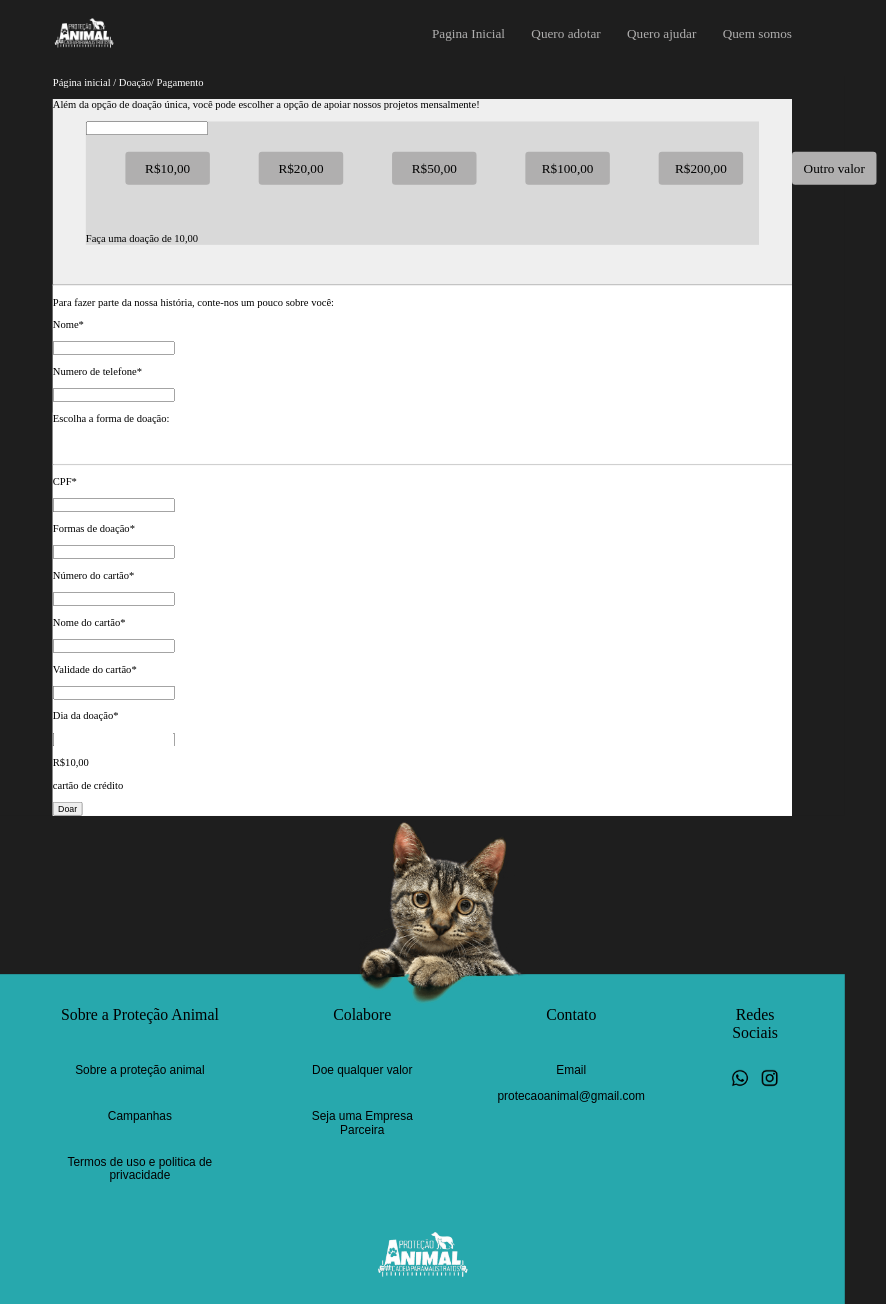
Repository: edjunior-nascimento/protecao-animal-web
Page: src/pages/formulario-doacao/index.html
The author's editor kept a copy of each file at every save. The page is drawn from the files as they stood at one save, then again after a run of saves.
The browser window is 1280 px wide. The page is 1342 px wide, so the pictures cover 1342 px, including what lies to the right of the window. The pictures show the whole page, at 66% of full size.

Above is the page before, as saved 2025-03-06 03:33:00.

### src/pages/formulario-doacao/index.html
<!DOCTYPE html>
<html lang="pt">

<head>
    <meta charset="UTF-8">
    <meta name="viewport" content="width=device-width, initial-scale=1.0">
    <title>Proteção Animal</title>
    <link rel="preconnect" href="https://fonts.googleapis.com" />
    <link rel="preconnect" href="https://fonts.gstatic.com" crossorigin />
    <meta name="viewport" content="width=device-width, initial-scale=1.0" />
    <link rel="stylesheet" href="./style.css" />
    <link>
</head>

<body>
    <header>
        <div><img class="logo" src="/src/pages/images/logo.png" alt="logo Protecao animal" /></div>
        <nav>
            <ul>
                <li>
                    <a href="#">
                        <p>Pagina Inicial</p>
                    </a>
                </li>
                <li>
                    <a href="#">
                        <p>Quero adotar</p>
                    </a>
                </li>
                <li>
                    <a href="#">
                        <p>Quero ajudar</p>
                    </a>
                </li>
                <li>
                    <a href="#">
                        <p>Quem somos</p>
                    </a>
                </li>
            </ul>
        </nav>
    </header>
    <main>
        <div class="title">
            <p>Página inicial / Doação/ Pagamento</p>
        </div>
        <div class="container">
            <div class="sub-title">
                <p>Além da opção de doação única, você pode escolher a opção de apoiar nossos projetos mensalmente!
                </p>
            </div>
            <div class="valor">
                <div class="cota">
                    <input type="text">
                </div>
                <nav class="cota-inicial">
                    <ul>
                        <li>
                            <a href="#">R$10,00</a></a>
                        </li>
                        <li>
                            <a href="#">R$20,00</a>
                        </li>
                        <li>
                            <a href="#">R$50,00</a>
                        </li>
                        <li>
                            <a href="#">R$100,00</a>
                        </li>
                        <li>
                            <a href="#">R$200,00</a>
                        </li>
                        <li>
                            <a href="#">Outro valor</a>
                        </li>
                    </ul>
                </nav>
                <div class="res"><span>Faça uma doação de 10,00</span>
                </div>
            </div>

            <div class="card">
                <hr class="pri-line">
                <div class="sub-title">
                    <p>Para fazer parte da nossa história, conte-nos um pouco sobre você:</p>
                </div>
                <div class="dados">
                    <form action="/send" method="post" target="_blank">
                        <label>
                            <p>Nome<span class="ast">*</span></p>
                            <input type="text" name="Nome" id="Nome*">
                        </label>
                        <label>
                            <p>Numero de telefone<span class="ast">*</span></p>
                            <input type="text" name="telefone" id="telefone">
                        </label>
                    </form>
                </div>
                <div class="card">
                    <div class="sub-title">
                        <p>Escolha a forma de doação:</p>
                    </div>
                    <hr>
                    <form action="/send" method="post" target="_blank">
                        <label>
                            <p>CPF<span>*</span></p>
                            <input type="number" name="cpf" id="cpf">
                        </label>
                        <label>
                            <p>Formas de doação<span>*</span></p>
                            <input type="text" name="forme-doacao" id="forme-doacao"></p>
                        </label>
                        <label>
                            <p>Número do cartão<span>*</span></p>
                            <input type="number" name="cartao" id="cartao">
                        </label>
                        <label>
                            <p>Nome do cartão<span>*</span></p>
                            <input type="text" name="nome-cartao" id="nome-cartao">
                        </label>
                        <label>
                            <p>Validade do cartão<span>*</span></p>
                            <input type="text" name="" id="">
                        </label>
                        <label>
                            <p>Dia da doação<span>*</span></p>
                            <input type="number" name="data" id="data">
                        </label>
                    </form>
                    <div class="resultado">
                        <div class="retorno">
                            <div class="res/doacao">
                                <p>R$10,00</p>
                            </div>
                            <div class="forma/pagamento">
                                <p>cartão de crédito</p>
                            </div>
                        </div>
                        <button>Doar</button>
                    </div>
                </div>
            </div>
        </div>
    </main>
    <div class="gato"><img src="/src/pages/images/gato.png" alt=""></div>
    <footer>
        <div class="footer-container">
            <div class="footer-primary">
                <div class="footer-section-1">
                    <div>
                        <h4>Sobre a Proteção Animal</h4>
                    </div>
                    <div>
                        <p><a href="">Sobre a proteção animal</a></p>
                    </div>
                    <div>
                        <p><a href="">Campanhas</a></p>
                    </div>
                    <div>
                        <p><a href="">Termos de uso e politica de privacidade</a></p>
                    </div>
                </div>
                <div class="footer-section-2">
                    <div>
                        <h4>Colabore</h4>
                    </div>
                    <div>
                        <p><a href="">Doe qualquer valor</a></p>
                    </div>
                    <div>
                        <p><a href="">Seja uma Empresa Parceira</a></p>
                    </div>
                </div>
                <div class="footer-section-3">
                    <div>
                        <h4>Contato</h4>
                    </div>
                    <div>
                        <p>Email</p>
                        <p><a href="mailto:protecaoanimal@gmail.com">protecaoanimal@gmail.com</a></p>
                    </div>
                </div>
                <div class="footer-section-4">
                    <div>
                        <h4>Redes Sociais</h4>
                    </div>
                    <div class="social-icons">
                        <div>
                            <a href=""><img src="/src/pages/images/whatsAppIcon.png" alt="" /></a>
                        </div>
                        <div>
                            <a href=""><img src="/src/pages/images/instagramIcon.png" alt="" /></a>
                        </div>
                    </div>
                </div>
            </div>
        </div>
        <div class="footer-secondary">
            <img src="/src/pages/images/logo.png" alt="" />
        </div>
    </footer>
</body>

</html>

### src/pages/formulario-doacao/style.css
:root {
    --main-bg-color: #1e1e1e;
    --title-color: #27a8ad;
    --subtitle-color: #ffffff;
    --box-color: #ffffff;
    --link-nav-color: #ffffff;
    --card-title-color: #27a8ad;
    --footer-background: #27a8ad;
    --footer-font-color: #000000;
    --maim-color: #EFEFEF;
    --card-nav-color:#D9D9D9;
    --nav-valor:#B0AFAF;
  }
  body {
    height: max-content;
    font-family: "Jockey One", serif;
    font-style: normal;
    margin: 0px;
    padding: 0px;
    background-color: var(--main-bg-color);
  }

  a {
    text-decoration: none;
  }

  header {
    height: 100px;
    display: flex;
    flex-direction: row;
    justify-content: space-between;
    padding-inline: 80px
  }
  header div {
    display: flex;
    align-items: center;
  }
  .logo {
    height: 95px;
    width: auto;
  }
  nav {
    width: auto;
    height: 100px;
    display: flex;
    align-items: center;
  }
  nav ul {
    list-style-type: none;
    display: flex;
    gap: 40px;
  }
  nav ul li a {
    color: var(--nav-valor);
    font-size: 20px;
    background-color: var(--card-nav-color);
  }


main {
  background-color:var(--main-bg-color) ;
  padding-left: 80px;
  padding-right: 80px;
}
.cota-inicial a {
  color: var(--footer-font-color);
  width: 128px;
  height: 50px;
  display: inline-block;
  text-align: center;
  line-height: 50px;
  background-color: var(--nav-valor);
  margin-left: 20px;
  border-radius: 5px;
}
.cota-inicial li {
  height: 50px;
  width: 162px;
}
.cota-inicial li :hover {
  background-color: var(--footer-background);
  color: var(--box-color);
}
.res {
  margin-top: 48px;
}
  .card hr {
    margin-top: 60px;
  }
.container {
  background-color: var(--maim-color);
}
.title {
  color: var(--subtitle-color);
}
.valor {
  margin-left: 50px;
  margin-right: 50px;
  background-color: var(--card-nav-color);
}
.valor nav {
  width: 100%;
}
.card {
  background-color: var(--box-color);
}




  .gato {
    margin-left: 42%;
    margin-bottom: -25px;
    height: 265px;
    max-width: auto;}

  footer {
    height: 500px;
    max-height: auto;
    background-color: var(--footer-background);
    padding-inline: 80px;
  }

  .footer-container {
      width: auto;
      height: 70%;
      display: flex;
      align-items: center;
      justify-content: center;
  }

  .footer-primary {
    display: flex;
    flex-direction: row;
    gap: 111px;
    align-items: flex-start;
    justify-content: center;
  }

  .footer-primary p a {
      color: var(--footer-font-color);
      font-family: "Arial", sans-serif;
  }

  .footer-primary h4 {
    font-size: 24px;
    font-weight: 400;
  }

  .footer-primary p {
      font-size: 18px;
      font-weight: 400;
      font-family: "Arial", sans-serif;
  }

  .footer-secondary {
    width: auto;
    height: 30%;
    display: flex;
    align-items: center;
    justify-content: center;
  }

  .footer-secondary img {
      height: 145px;
      width: auto
  }

  .footer-section-1, .footer-section-2, .footer-section-3, .footer-section-4 {
      display: flex;
      flex-direction: column;
      text-align: center;
      gap: 12px;
  }

  .footer-section-4 {
      align-items: center;
  }

  .social-icons {
      display: flex;
      flex-direction: row;
      gap: 20px;
  }

After the next 2 saves:
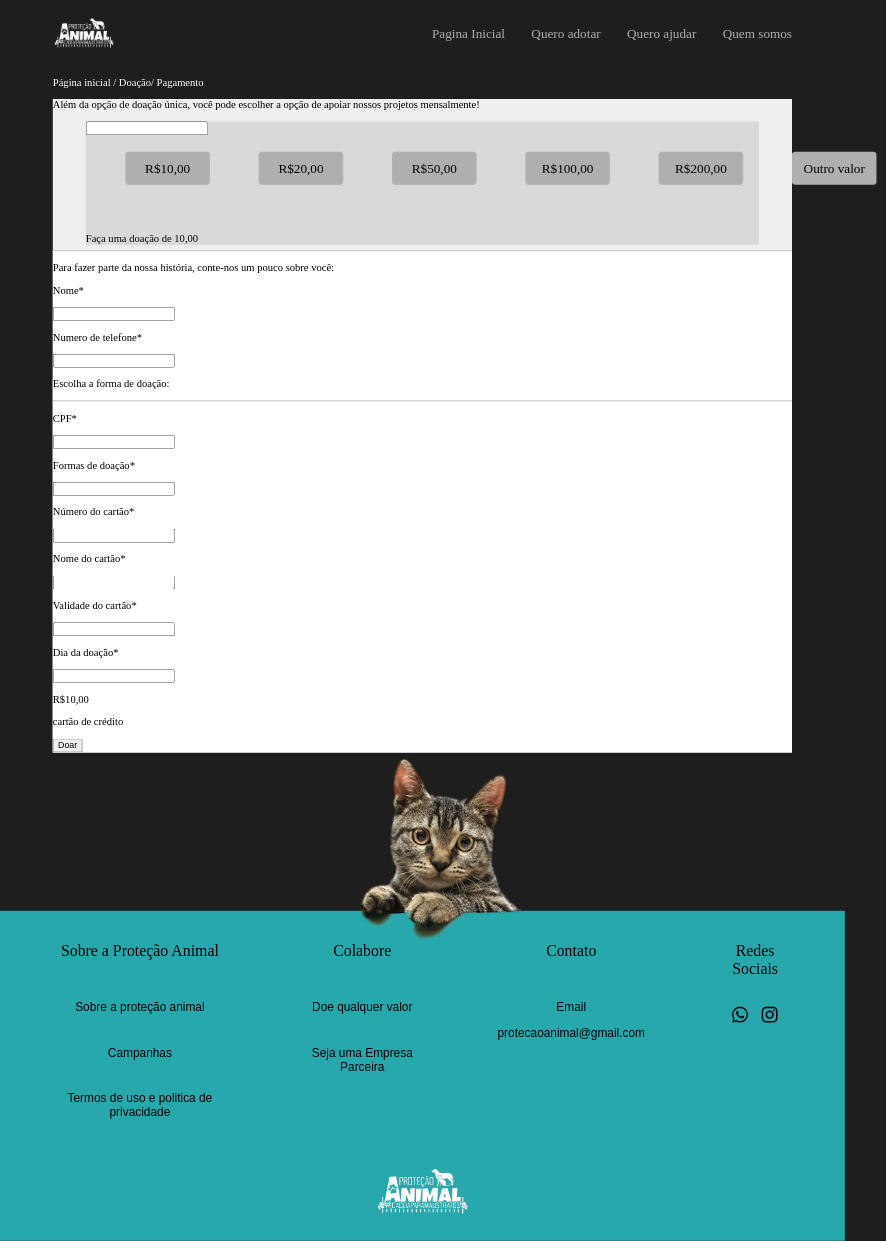
The 2 saves are shown as one change because they came seconds apart.
The last was saved 8 s later.
--- a/src/pages/formulario-doacao/style.css
+++ b/src/pages/formulario-doacao/style.css
@@ -84,7 +84,7 @@ main {
 .res {
   margin-top: 48px;
 }
-  .card hr {
+  .pri {
     margin-top: 60px;
   }
 .container {
